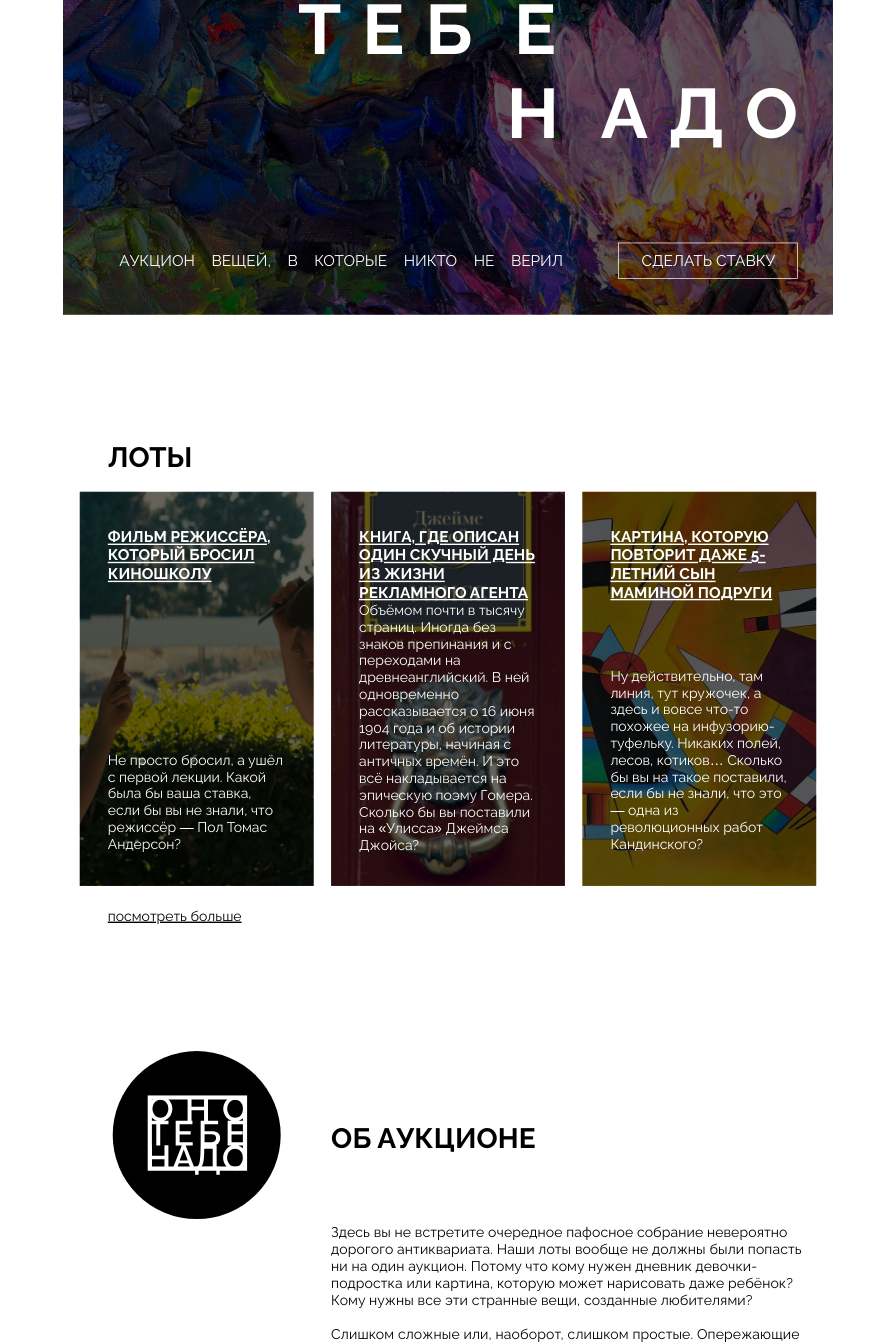
Repository: Smoyki/ono-tebe-nado
Page: index.html
The author's editor kept a copy of each file at every save. The page is drawn from the files as they stood at one save, then again after the next save.
The browser window is 1280 px wide. The pictures show the part of the page from y = 601 to 2521 px (the page is 3027 px tall), at 70% of full size.

Above is the page before, as saved 2024-04-18 20:41:09.

After the next save:
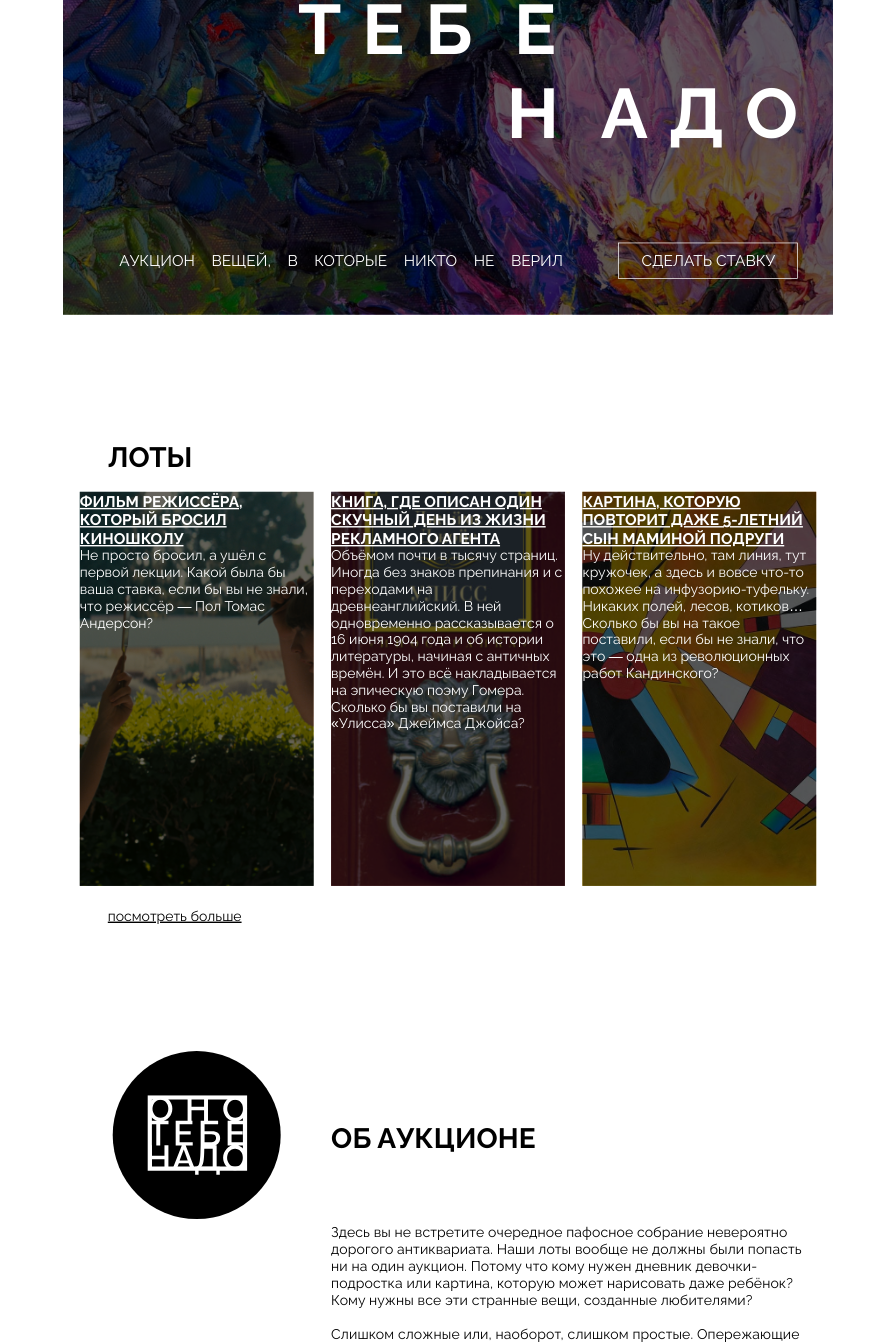
Saved 34 s later.
--- a/styles/style.css
+++ b/styles/style.css
@@ -255,20 +255,6 @@
   background-image: url(../images/card-lot-03.jpg);
 }
 
-.overlay {
-  display: flex;
-  position: absolute;
-  top: 0;
-  left: 0;
-  z-index: 0;
-  width: 100%;
-  height: 100%;
-  background: rgba(0, 0, 0, 0.6);
-  padding: 51px 40px 48px 40px;
-  flex-direction: column;
-  justify-content: space-between;
-  text-align: left;
-}
 
 .lots__look-more-link {
   display: block;

After the save that followed:
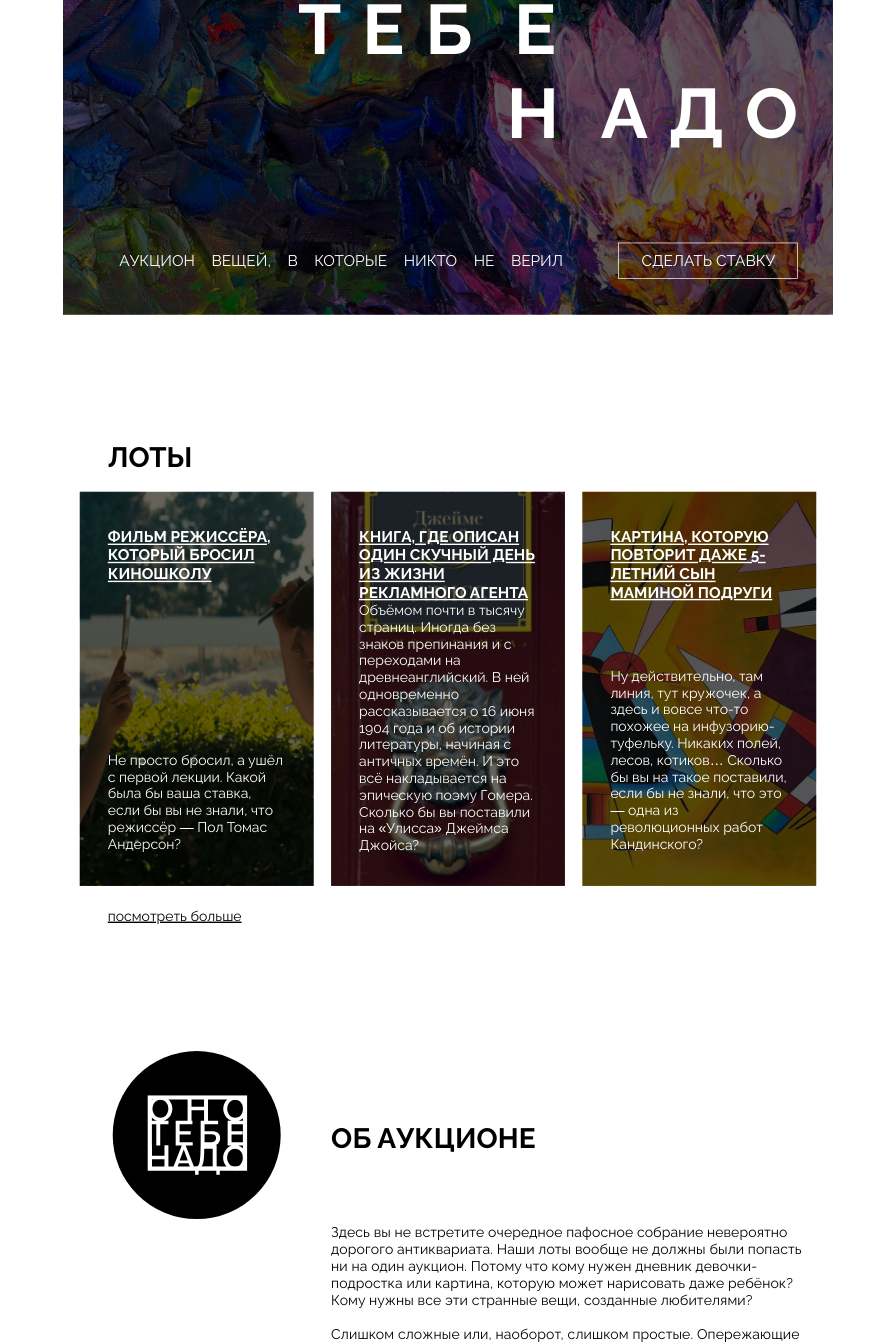
Saved 5 s later.
--- a/styles/style.css
+++ b/styles/style.css
@@ -255,6 +255,20 @@
   background-image: url(../images/card-lot-03.jpg);
 }
 
+.overlay {
+  display: flex;
+  position: absolute;
+  top: 0;
+  left: 0;
+  z-index: 0;
+  width: 100%;
+  height: 100%;
+  background: rgba(0, 0, 0, 0.6);
+  padding: 51px 40px 48px 40px;
+  flex-direction: column;
+  justify-content: space-between;
+  text-align: left;
+}
 
 .lots__look-more-link {
   display: block;
